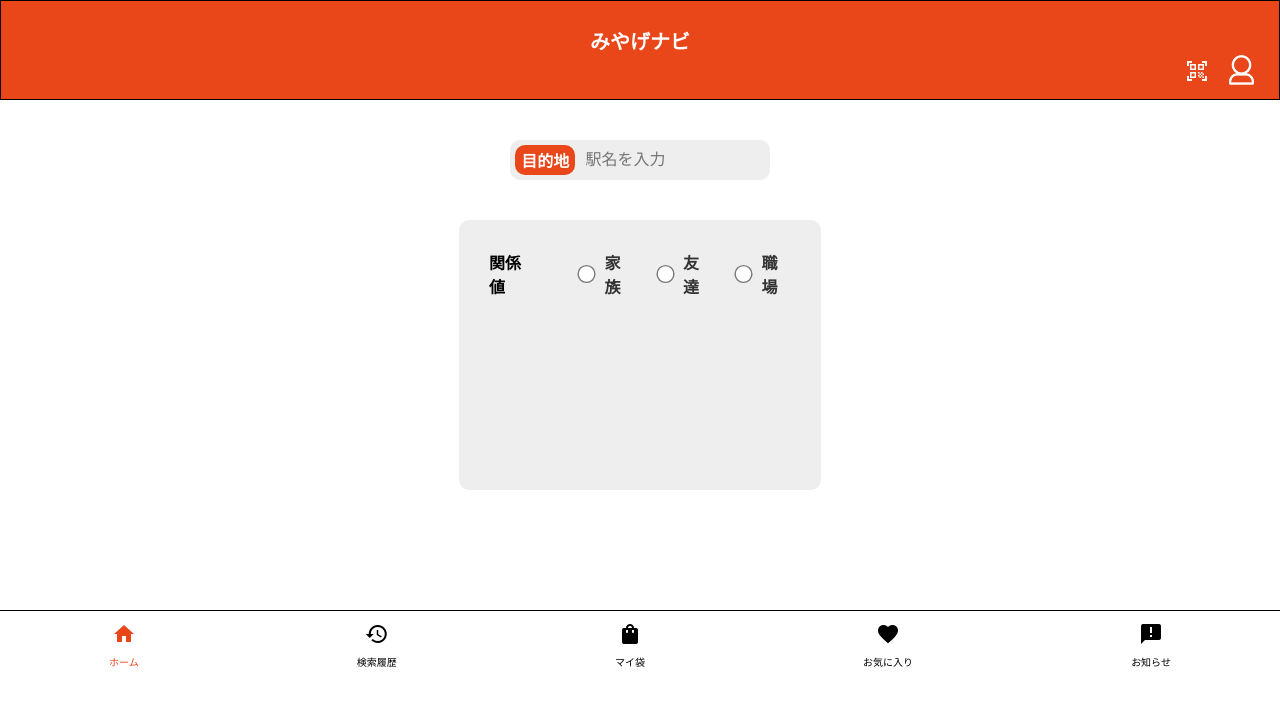
Repository: ama-ne2/miyage_nav
Page: index.html
These files come from the project's save history. The page is drawn as it stood at one moment and after the next save; the edit follows.
The browser window is 1280 px wide. The pictures show the whole page.

Above is the page before, as saved 2026-02-06 19:18:18.

### index.html
<!DOCTYPE html>
<html lang="ja">
<head>
    <meta charset="utf-8">
    <meta name="viewport" content="width=device-width, initial-scale=1">
    <meta name="color-scheme" content="light dark">
    <meta name="format-detection" content="telephone=no">
    <meta name="description" content="ここに説明文を設定">
    <title>index</title>

    <!-- 共有用 OGP / X(Twitter) -->
    <meta property="og:site_name" content="サイト名">
    <meta property="og:title" content="サイトタイトル">
    <meta property="og:description" content="サイト説明文">
    <meta property="og:type" content="website">
    <meta property="og:url" content="https://hoge.ecc.com/">
    <meta property="og:image" content="https://hoge.ecc.com/ogp.png">
    <meta name="twitter:card" content="summary_large_image">
    <meta name="twitter:site" content="@twitteraccount">

    <!-- 正規URL -->
    <link rel="canonical" href="https://hoge.ecc.com/">

    <!-- アイコン（SVG優先、ICOフォールバック、Apple Touch） -->
    <link rel="icon" type="image/svg+xml" href="/favicon.svg">
    <link rel="alternate icon" href="/favicon.ico">
    <link rel="apple-touch-icon" href="/apple-touch-icon.png" sizes="180x180">

    <!-- テーマカラー（PWAでなくてもアドレスバー色に反映） -->
    <meta name="theme-color" content="#FFFFFF">

    <link rel="stylesheet" href="css/ress.css">
    <link rel="stylesheet" href="css/style.css">
    <link rel="stylesheet" href="css/index.css">
    <link href="https://fonts.googleapis.com/icon?family=Material+Icons" rel="stylesheet">

</head>
<body>
<div class="main_content">
    <header>
        <div class="header_wrap">
            <h1  class="header_title">みやげナビ</h1>
            <div class="header_icon_wrap">
            <span class="material-icons qr_mark">
                    qr_code_scanner
                </span>
                <p><img src="img/icon.png" alt="マイページのアイコン" class="mypage_icon"></p>
            </div>
        </div>
    </header>
    <main>
        <div class="destination">
            <p>目的地</p>
            <input type="text" placeholder="駅名を入力">
        </div>
        <div class="keyword_wrap">
            <div class="keyword">
                <h2>関係値</h2>
                    <div class="radio_wrap">
                        <input type="radio" name="related" value="家族" id="family"> <label for="family">家族</label>
                        <input type="radio" name="related" value="友達" id="friend"> <label for="friend">友達</label>
                        <input type="radio" name="related" value="職場" id="office"> <label for="office">職場</label>
                    </div>
            </div>
            <!-- <div class="keyword">
                <h2>人数</h2>
                <input type="number" name="number"><p>人</p>
            </div> -->

        </div>
    </main>
    <footer>
        <div class="footer_icon active">
            <span class="material-icons">
            home
            </span>
            <p>ホーム</p>
        </div>
        <div class="footer_icon">
            <span class="material-icons">
            history
            </span>
            <p>検索履歴</p>
        </div>
        <div class="footer_icon">
        <span class="material-icons">
        shopping_bag
        </span>
            <p>マイ袋</p>
        </div>
        <div class="footer_icon">
            <span class="material-icons">
            favorite
            </span>
            <p>お気に入り</p>
        </div>
        <div class="footer_icon">
            <span class="material-icons">
            announcement
            </span>
            <p>お知らせ</p>
        </div>
    </footer>
</div>
</body>
</html>

### css/ress.css

/* resset.dev • v5.0.2 */

/* # =================================================================
   # Global selectors
   # ================================================================= */

html {
  box-sizing: border-box;
  -webkit-text-size-adjust: 100%; /* Prevent adjustments of font size after orientation changes in iOS */
  word-break: normal;
  -moz-tab-size: 4;
  tab-size: 4;
}

*,
::before,
::after {
  background-repeat: no-repeat; /* Set `background-repeat: no-repeat` to all elements and pseudo elements */
  box-sizing: inherit;
}

::before,
::after {
  text-decoration: inherit; /* Inherit text-decoration and vertical align to ::before and ::after pseudo elements */
  vertical-align: inherit;
}

* {
  padding: 0; /* Reset `padding` and `margin` of all elements */
  margin: 0;
}

/* # =================================================================
   # General elements
   # ================================================================= */

hr {
  overflow: visible; /* Show the overflow in Edge and IE */
  height: 0; /* Add the correct box sizing in Firefox */
  color: inherit; /* Correct border color in Firefox. */
}

details,
main {
  display: block; /* Render the `main` element consistently in IE. */
}

summary {
  display: list-item; /* Add the correct display in all browsers */
}

small {
  font-size: 80%; /* Set font-size to 80% in `small` elements */
}

[hidden] {
  display: none; /* Add the correct display in IE */
}

abbr[title] {
  border-bottom: none; /* Remove the bottom border in Chrome 57 */
  /* Add the correct text decoration in Chrome, Edge, IE, Opera, and Safari */
  text-decoration: underline;
  text-decoration: underline dotted;
}

a {
  background-color: transparent; /* Remove the gray background on active links in IE 10 */
}

a:active,
a:hover {
  outline-width: 0; /* Remove the outline when hovering in all browsers */
}

code,
kbd,
pre,
samp {
  font-family: monospace, monospace; /* Specify the font family of code elements */
}

pre {
  font-size: 1em; /* Correct the odd `em` font sizing in all browsers */
}

b,
strong {
  font-weight: bolder; /* Add the correct font weight in Chrome, Edge, and Safari */
}

/* https://gist.github.com/unruthless/413930 */
sub,
sup {
  font-size: 75%;
  line-height: 0;
  position: relative;
  vertical-align: baseline;
}

sub {
  bottom: -0.25em;
}

sup {
  top: -0.5em;
}

table {
  border-color: inherit; /* Correct border color in all Chrome, Edge, and Safari. */
  text-indent: 0; /* Remove text indentation in Chrome, Edge, and Safari */
}

iframe {
  border-style: none;
}

/* # =================================================================
   # Forms
   # ================================================================= */

input {
  border-radius: 0;
}

[type='number']::-webkit-inner-spin-button,
[type='number']::-webkit-outer-spin-button {
  height: auto; /* Correct the cursor style of increment and decrement buttons in Chrome */
}

[type='search'] {
  -webkit-appearance: textfield; /* Correct the odd appearance in Chrome and Safari */
  outline-offset: -2px; /* Correct the outline style in Safari */
}

[type='search']::-webkit-search-decoration {
  -webkit-appearance: none; /* Remove the inner padding in Chrome and Safari on macOS */
}

textarea {
  overflow: auto; /* Internet Explorer 11+ */
  resize: vertical; /* Specify textarea resizability */
}

button,
input,
optgroup,
select,
textarea {
  font: inherit; /* Specify font inheritance of form elements */
}

optgroup {
  font-weight: bold; /* Restore the font weight unset by the previous rule */
}

button {
  overflow: visible; /* Address `overflow` set to `hidden` in IE 8/9/10/11 */
}

button,
select {
  text-transform: none; /* Firefox 40+, Internet Explorer 11- */
}

/* Apply cursor pointer to button elements */
button,
[type='button'],
[type='reset'],
[type='submit'],
[role='button'] {
  cursor: pointer;
}

/* Remove inner padding and border in Firefox 4+ */
button::-moz-focus-inner,
[type='button']::-moz-focus-inner,
[type='reset']::-moz-focus-inner,
[type='submit']::-moz-focus-inner {
  border-style: none;
  padding: 0;
}

/* Replace focus style removed in the border reset above */
button:-moz-focusring,
[type='button']::-moz-focus-inner,
[type='reset']::-moz-focus-inner,
[type='submit']::-moz-focus-inner {
  outline: 1px dotted ButtonText;
}

button,
html [type='button'], /* Prevent a WebKit bug where (2) destroys native `audio` and `video`controls in Android 4 */
[type='reset'],
[type='submit'] {
  -webkit-appearance: button; /* Correct the inability to style clickable types in iOS */
}

/* Remove the default button styling in all browsers */
button,
input,
select,
textarea {
  background-color: transparent;
  border-style: none;
}

a:focus,
button:focus,
input:focus,
select:focus,
textarea:focus {
  outline-width: 0;
}

/* Style select like a standard input */
select {
  -moz-appearance: none; /* Firefox 36+ */
  -webkit-appearance: none; /* Chrome 41+ */
}

select::-ms-expand {
  display: none; /* Internet Explorer 11+ */
}

select::-ms-value {
  color: currentColor; /* Internet Explorer 11+ */
}

legend {
  border: 0; /* Correct `color` not being inherited in IE 8/9/10/11 */
  color: inherit; /* Correct the color inheritance from `fieldset` elements in IE */
  display: table; /* Correct the text wrapping in Edge and IE */
  max-width: 100%; /* Correct the text wrapping in Edge and IE */
  white-space: normal; /* Correct the text wrapping in Edge and IE */
  max-width: 100%; /* Correct the text wrapping in Edge 18- and IE */
}

::-webkit-file-upload-button {
  /* Correct the inability to style clickable types in iOS and Safari */
  -webkit-appearance: button;
  color: inherit;
  font: inherit; /* Change font properties to `inherit` in Chrome and Safari */
}

/* Replace pointer cursor in disabled elements */
[disabled] {
  cursor: default;
}

/* # =================================================================
   # Specify media element style
   # ================================================================= */

img {
  border-style: none; /* Remove border when inside `a` element in IE 8/9/10 */
}

/* Add the correct vertical alignment in Chrome, Firefox, and Opera */
progress {
  vertical-align: baseline;
}

/* # =================================================================
   # Accessibility
   # ================================================================= */

/* Specify the progress cursor of updating elements */
[aria-busy='true'] {
  cursor: progress;
}

/* Specify the pointer cursor of trigger elements */
[aria-controls] {
  cursor: pointer;
}

/* Specify the unstyled cursor of disabled, not-editable, or otherwise inoperable elements */
[aria-disabled='true'] {
  cursor: default;
}

### css/style.css
html{
    font-size: 62.5%;
}

html , body{
    width: 100%;
    height: 100%;
    font-family: "Hiragino Kaku Gothic Pro" , sans-serif;
    display: flex;
    justify-content: center;
    /* background-image: url("../img/miyage_nav_logo.png");
    background-repeat: repeat; */
}
.main_content{
    width: 402px;
}

header{
    width: 100%;
    height: 100px;
    background-color: #E94619;
    position: fixed;
    top: 0;
    left: 0;
    .header_wrap{
        border: 1px solid #000;
        display: flex;
        flex-direction: column;
        justify-content: end;
        margin-top: auto;
        height: 100%;
    }
    .header_title{
        display: flex;
        color: #fff;
        justify-content: center;
    }
    .qr_mark{
        color: #fff;
    }
    .header_icon_wrap{
        /* border: 1px solid #000; */
        display: flex;
        justify-content: end;
        align-items: center;
        margin-right: 25px;
        margin-bottom: 12px;
        gap: 20px;
    }
}
main{
    overflow: scroll;
    /* border: #000 solid 1px; */
}
footer{
    background-color: #fff;
    position: fixed;
    bottom: 0;
    left: 0;
    display: flex;
    justify-content: space-around;
    width: 100vw;
    height: 110px;
    border-top: #000 solid 1px;

/* footerのアイコンたち */
    .footer_icon{
        display: flex;
        flex-direction: column;
        align-items: center;
        gap: 8px;
        margin-top: 11px;
        &.active{
            color: #E94619;
        }
    }
}

### css/index.css
main {
    margin-top: 100px;
}

.destination{
    display: flex;
    align-items: center;
    background-color: #EEE;
    border-radius: 10px;
    width: 260px;
    height: 40px;
    gap: 10px;
    margin: 40px auto;
    p{
        background-color: #E94619;
        color: #fff;
        width: 70px;
        height: 30px;
        display: flex;
        justify-content: center;
        align-items: center;
        border-radius: 10px;
        font-size: 1.6rem;
        font-weight: bold;
        margin-left: 5px;
    }
    input{
        height: 30px;
        width: 80%;
        margin-right: 5px;
        font-size: 1.6rem;
    }
}

.keyword_wrap{
    background-color: #EEE;
    border-radius: 10px;
    width: 362px;
    height: 270px;
    margin: 0 20px;
    padding: 30px;
    .keyword{
        display: flex;
        align-items: center;
        justify-content: center;
        gap: 45px;
        h2{
            font-size: 1.6rem;
            width: 3em;
        }
        input[type="radio"]{
            accent-color: #E94619;
            transform: scale(1.4);
            margin-right: 6px;
        }
        input[type="radio"] + label{
            transition: 0.15s;
            color: #333;
            display: flex;
            justify-content: center;
            align-items: center;
            border-radius: 10px;
            font-size: 1.6rem;
            margin-right: 20px;
            font-weight: bold;
            &:last-child{
                margin-right: 0;
            }
        }

        .radio_wrap{
            display: flex;
            gap: 5px;
        }
        input[type=""]
    }
}

After the next save:
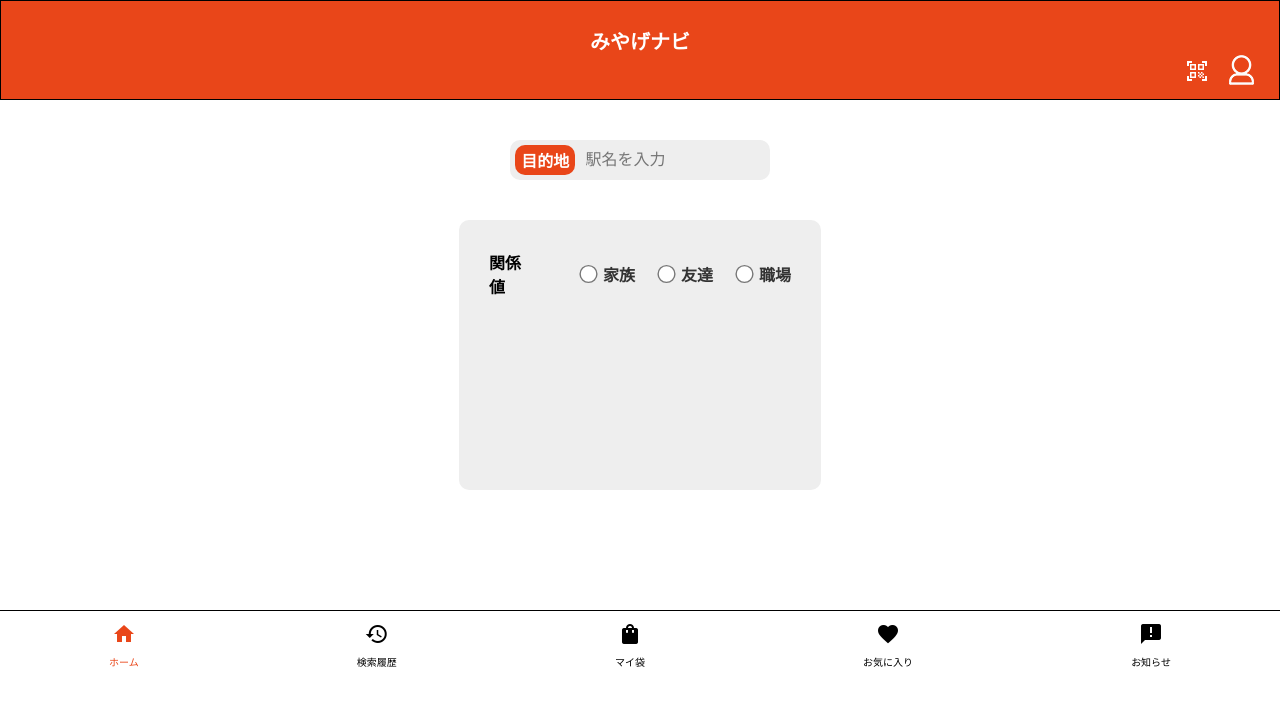
Saved 5 s later.
--- a/css/index.css
+++ b/css/index.css
@@ -51,7 +51,7 @@ main {
         input[type="radio"]{
             accent-color: #E94619;
             transform: scale(1.4);
-            margin-right: 6px;
+            margin-right: 3px;
         }
         input[type="radio"] + label{
             transition: 0.15s;
